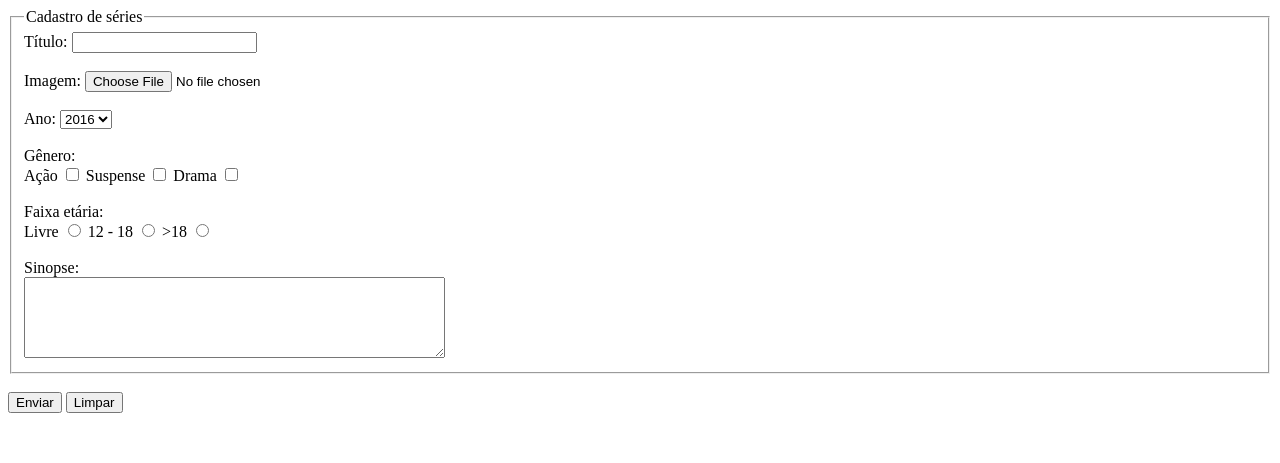
Repository: shamanickCoder/FIAP
Page: Desenvolvimentos de Sistemas Web/1 semestre/Javascript/CSS-AULAS/09-CSS/WebContent/cadastro.html
An editor plug-in stored every save of this project. The page is shown before and after the next save, followed by the edit.
The browser window is 1280 px wide. The pictures show the whole page.

Above is the page before, as saved 2016-03-30 11:39:26.

After the next save:
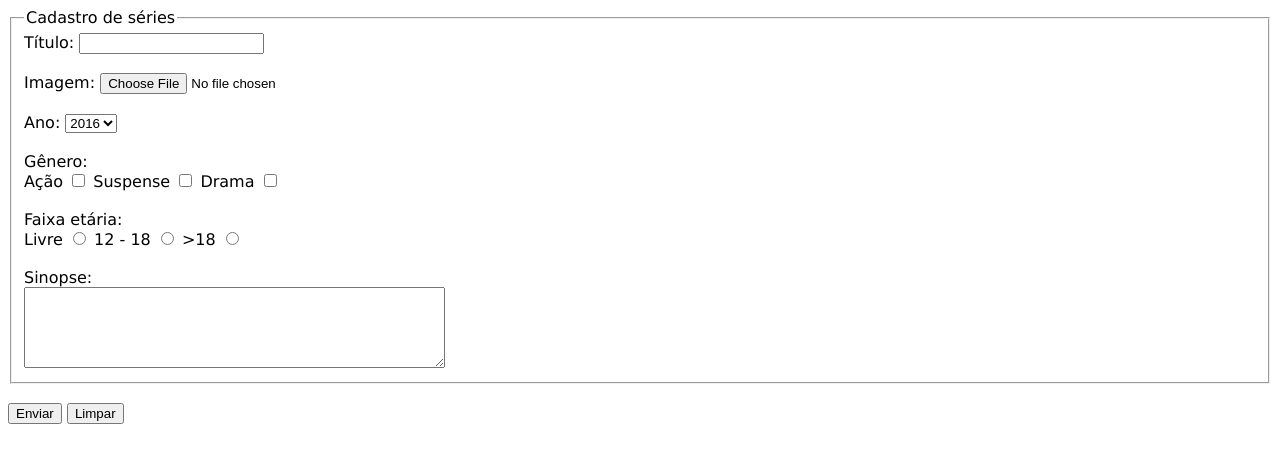
Saved 2 s later.
--- a/Desenvolvimentos de Sistemas Web/1 semestre/Javascript/CSS-AULAS/09-CSS/WebContent/cadastro.html
+++ b/Desenvolvimentos de Sistemas Web/1 semestre/Javascript/CSS-AULAS/09-CSS/WebContent/cadastro.html
@@ -2,7 +2,7 @@
 <html>
 <head>
 <meta charset="UTF-8">
-<link href = "estilo.css" type = "text/css">
+<link href = "estilo.css" type = "text/css" rel = "stylesheet">
 <title>Cadastro de séries</title>
 </head>
 <body>
